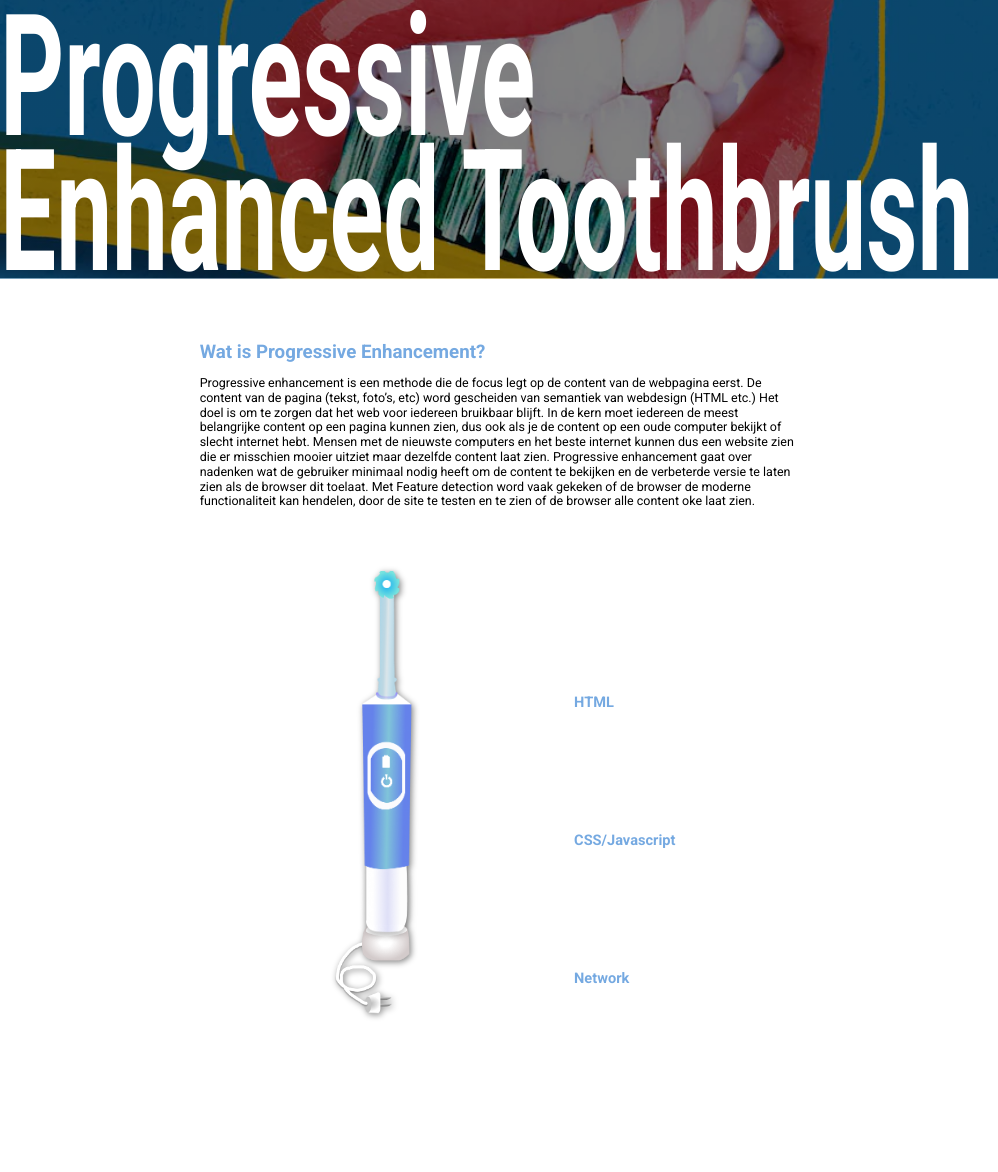
Repository: norakramer1/browser-technologies-2122
Page: progressive-enhanced-toothbrush-main/index.html
The author's editor kept a copy of each file at every save. The page is drawn from the files as they stood at one save, then again after the next save.
The browser window is 1280 px wide. The pictures show the whole page, at 78% of full size.

Above is the page before, as saved 2022-03-23 13:44:27.

### progressive-enhanced-toothbrush-main/index.html
<!DOCTYPE html>
<html lang="en">
<head>
    <meta charset="UTF-8">
    <meta http-equiv="X-UA-Compatible" content="IE=edge">
    <meta name="viewport" content="width=device-width, initial-scale=1.0">
    <title>Progressive Enhanced Toothbrush</title>
    <link rel="stylesheet" href="style.css">
    <link href="https://fonts.googleapis.com/css2?family=Roboto:ital,wght@0,100;0,300;0,400;0,500;0,700;0,900;1,100;1,300;1,400;1,500;1,700;1,900&display=swap" rel="stylesheet">
</head>
<body>
    <header>
        <h1>Progressive Enhanced Toothbrush</h1>
    </header>
    <main>
        <article>
            <h2>Wat is Progressive Enhancement?</h2>
            <p>Progressive enhancement is een methode die de focus legt
               op de content van de webpagina eerst. De content van de pagina (tekst, foto’s, etc)
               word gescheiden van semantiek van webdesign (HTML etc.) Het doel is om te zorgen dat het web voor iedereen bruikbaar blijft. In de kern moet iedereen de meest belangrijke
               content op een pagina kunnen zien, dus ook als je de content op een oude computer bekijkt of slecht internet hebt. Mensen met de nieuwste computers en het beste internet
               kunnen dus een website zien die er misschien mooier uitziet maar dezelfde content laat zien. Progressive enhancement gaat over nadenken wat de gebruiker minimaal nodig heeft
               om de content te bekijken en de verbeterde versie te laten zien als de browser dit toelaat.

               Met Feature detection word vaak gekeken of de browser de moderne functionaliteit kan hendelen, door de site te testen en te zien of de browser alle content oke laat zien.</p>
        </article>
        <article>
            <ul>
                <li><img src="img/opzetstukje.png" alt="Opzet stukje van tandenborstel"></li>
                <li><img src="img/handvat.png" alt="Handvat van tandenborstel"></li>
                <li><img src="img/lader.png" alt="Lader van tandenborstel"></li>
            </ul>
            <ul>
                <li>
                    <h3>HTML</h3>
                </li>
                <li>
                    <h3>CSS/Javascript</h3>
                </li>
                <li>
                    <h3>Network</h3>
                </li>
            </ul>
        </article>
    </main>

    <script src="script.js"></script>
</body>
</html>

### progressive-enhanced-toothbrush-main/style.css
* {
    padding: 0;
    margin: 0;
    font-family: "Roboto", sans-serif;
}

header {
    background-image: linear-gradient(to bottom, rgba(0,0,0, .5), rgba(0,0,0, .5)),
    url('img/header.webp');
    background-size: cover;
    background-position: center;
    background-repeat: no-repeat;
    width: 100vw;
}

h1 {
    color: white;
    font-size: 10vw;
    transform: scaleY(1.7);
    line-height: .8;
    padding: 5rem 0 4.5rem 0;
}

main {
    padding: 5rem 20vw;
}

h2 {
    color: #75A9E1;
    margin-bottom: 1rem;
}

article {
    margin-bottom: 5rem;
}

article:nth-child(2) {
    display: flex;
    align-items: stretch;
}

article:nth-child(2) ul:first-child {
    list-style-type: none;
    display: flex;
    flex-direction: column;
    align-items: center;
    filter: drop-shadow(2px 2px 4px gray);
    margin: 0 15vw;
    transition: 1s;
}

article:nth-child(2) ul:first-child:hover {
    transform: scale(1.1);
}

article:nth-child(2) ul:last-child {
    display: flex;
    flex-direction: column;
    justify-content: space-around;
    list-style-type: none;
    padding-top: 5rem;
}

article:nth-child(2) ul:first-child li:first-of-type {
    transition: 1s;
    width: 2rem;
    z-index: 2;
}
article:nth-child(2) ul:first-child li:nth-of-type(2) {
    transition: 1s;
    transform: translateY(-.7rem);
    width: 4.5rem;
    z-index: 1;
}
article:nth-child(2) ul:first-child li:last-of-type {
    transition: 1s;
    transform: translate(-1.2rem, -2.5rem);
    width: 6rem;
}

article:nth-child(2) ul:first-child:hover li:first-of-type {
    transform: translateY(-2rem);
}

article:nth-child(2) ul:first-child:hover li:last-of-type {
    transform: translate(-1.2rem, 0);
}

article:nth-child(2) h3 {
    color: #75A9E1;
    /* margin-bottom: 10rem; */
}

article:nth-child(2) ul:first-child:hover h3 {

}

article:nth-child(2) img {
    width: 100%;
}

Loaded but not shown: progressive-enhanced-toothbrush-main/script.js (no stored copy; drawn as an empty file)

After the next save:
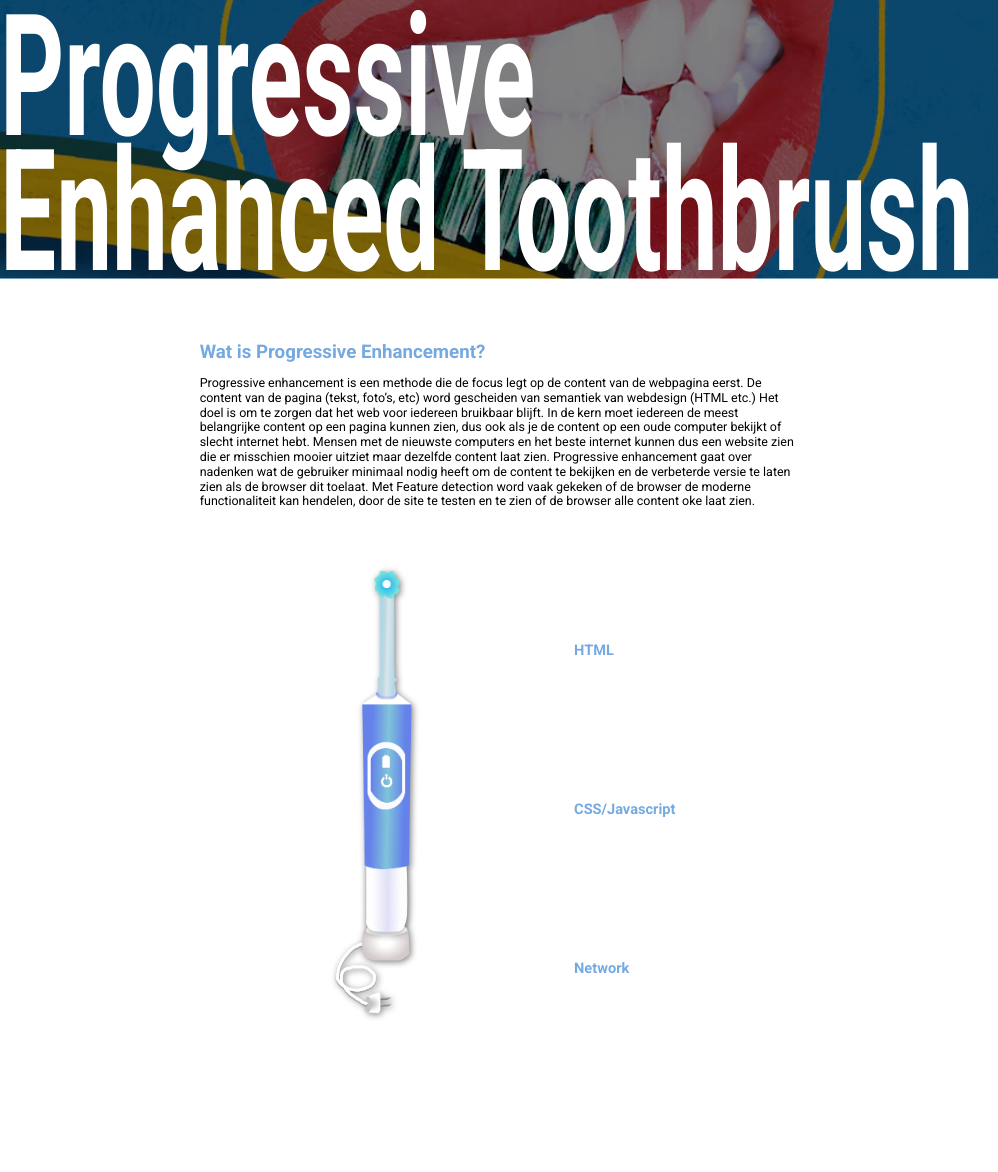
Saved 29 s later.
--- a/progressive-enhanced-toothbrush-main/style.css
+++ b/progressive-enhanced-toothbrush-main/style.css
@@ -58,7 +58,6 @@ article:nth-child(2) ul:last-child {
     flex-direction: column;
     justify-content: space-around;
     list-style-type: none;
-    padding-top: 5rem;
 }
 
 article:nth-child(2) ul:first-child li:first-of-type {
